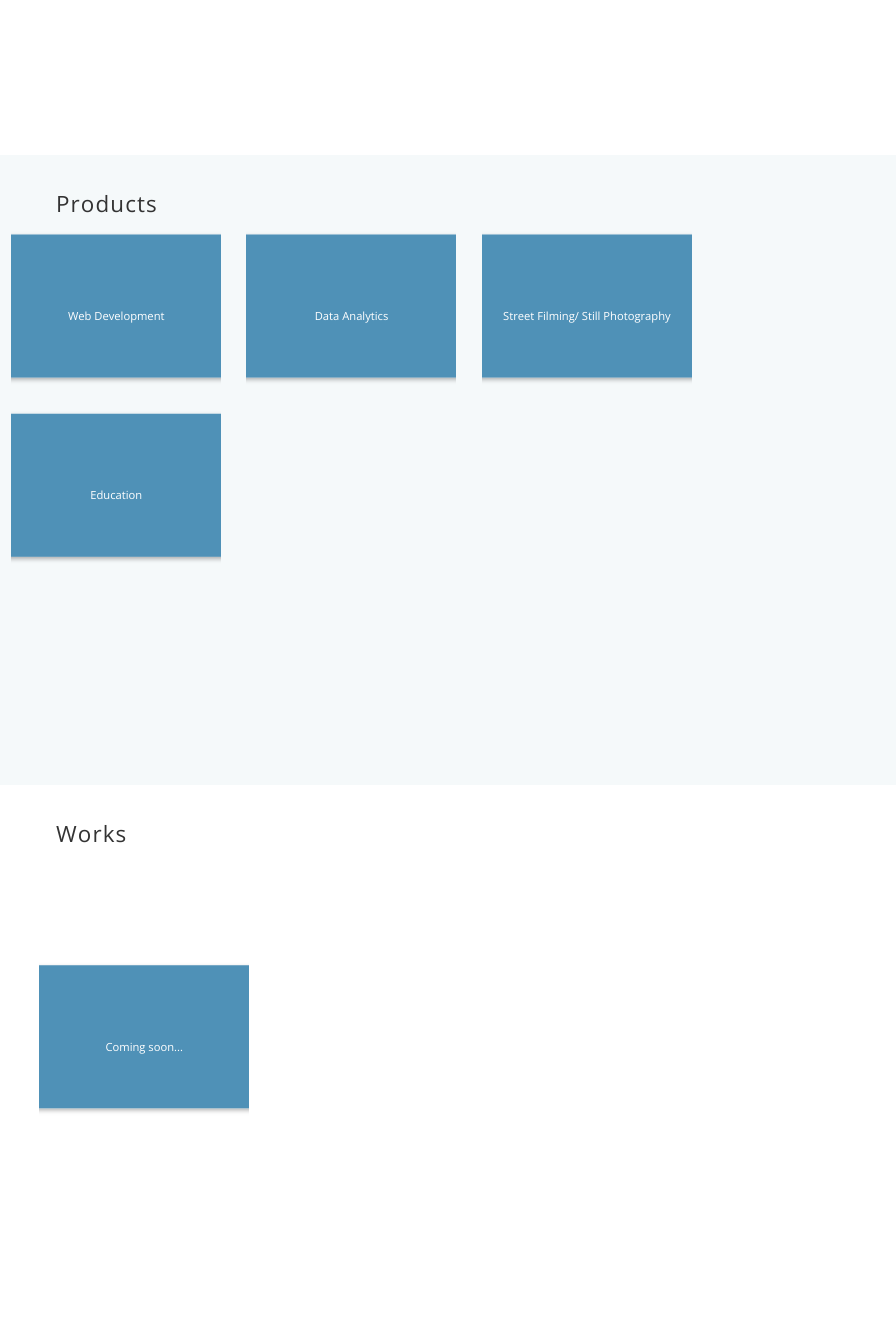
Repository: AirDepot/web
Page: index.html
These files come from the project's save history. The page is drawn as it stood at one moment and after the next save; the edit follows.
The browser window is 1280 px wide. The pictures show the part of the page from y = 1759 to 3679 px (the page is 5692 px tall), at 70% of full size.
A picture or video elsewhere on the page could not be fetched, so the positions and the page height are approximate.

Above is the page before, as saved 2020-02-12 19:28:21.

After the next save:
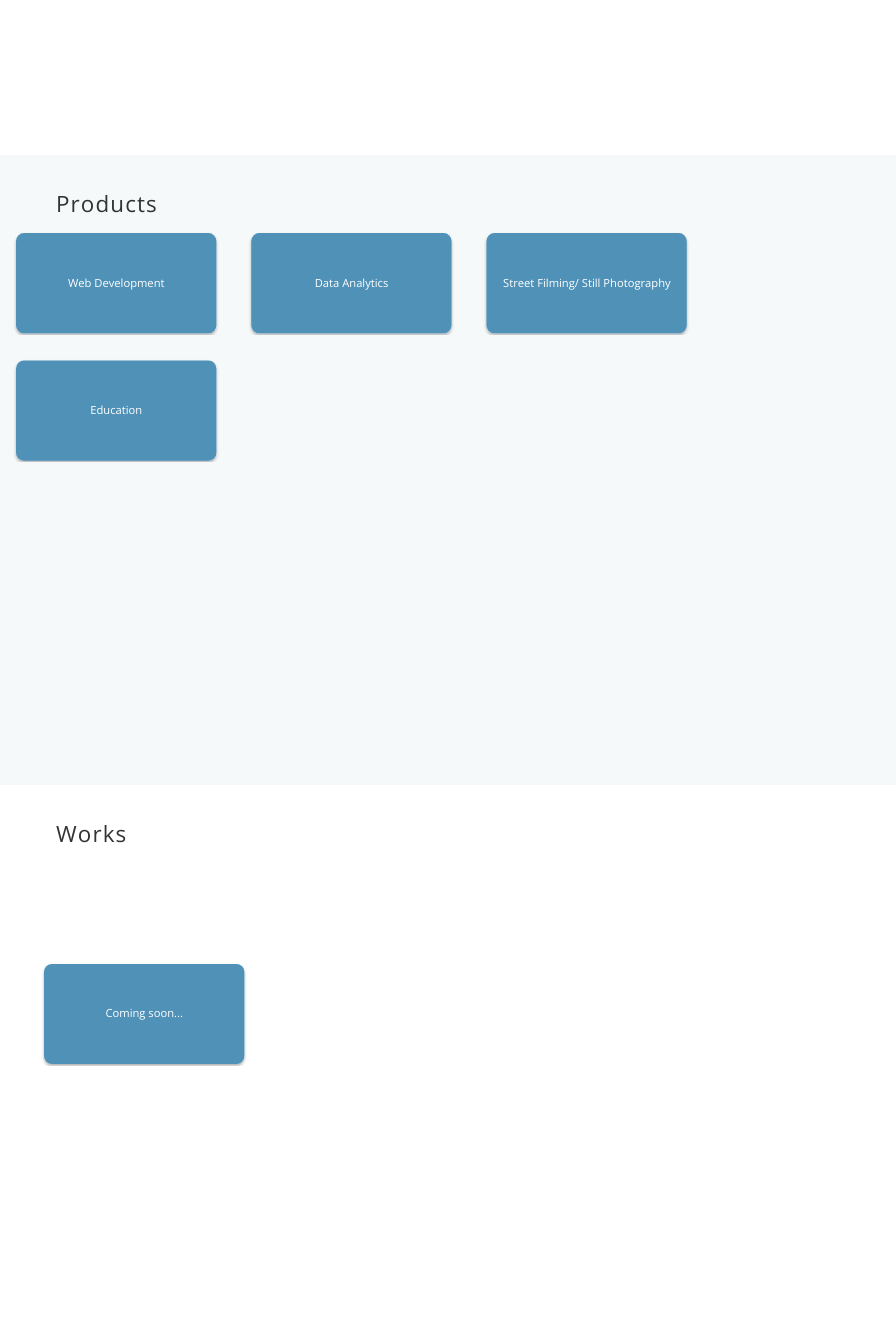
Saved 64 s later.
--- a/assets/css/common.css
+++ b/assets/css/common.css
@@ -149,7 +149,7 @@ p.box {
     color: #fff;
     font-weight: 100;
     text-align: center;
-    padding: 7rem 0;
+    padding: 4rem 0;
     margin: 1rem;
 }
 
